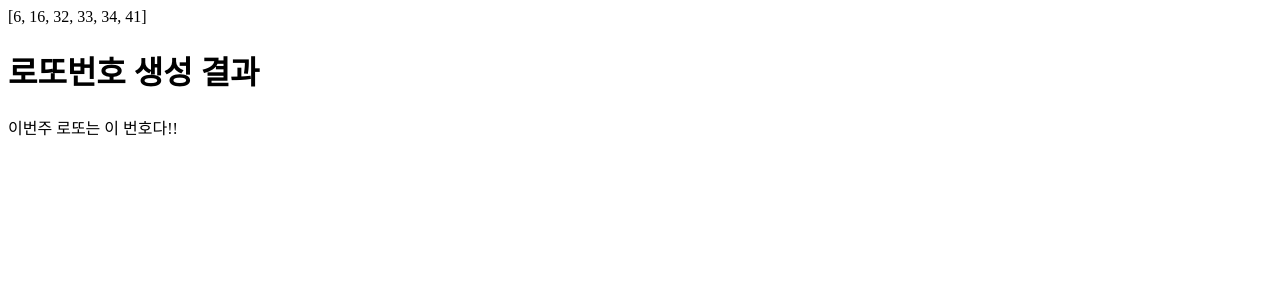
Repository: gowjd4419/jsp
Page: http://localhost/JSPBasic/jsptag/tag_quiz03.jsp
An editor plug-in stored every save of this project. The page is shown before and after the next save, followed by the edit.
The browser window is 1280 px wide. The pictures show the whole page.
The page is served by Tomcat 9.

Above is the page before, as saved 2022-03-24 08:50:02.

### JSPBasic/src/main/webapp/jsptag/tag_quiz03.jsp
<%@ page import="java.util.*"%>
<%@ page language="java" contentType="text/html; charset=UTF-8"
    pageEncoding="UTF-8"%>
<!DOCTYPE html>
<html>
<head>
<meta charset="UTF-8">
<title>Insert title here</title>
</head>
<body>
<%

int lottos[] = new int[6];
int selectNum = 0;
boolean flag = false;


for(int i=0; i<lottos.length; i++) {
	do{
		selectNum = (int)(Math.random()*45)+1;
		for(int j=0; j<i; j++) {
			if(selectNum == lottos[j]) {
				flag = true;
				break;
			}
			flag = false;
		}
	}while(flag);

	lottos [i] = selectNum;
}

Arrays.sort(lottos);
out.println(Arrays.toString(lottos));

%>
 <h1>로또번호 생성 결과</h1>

 이번주 로또는 이 번호다!!

</body>
</html>

After the next save:
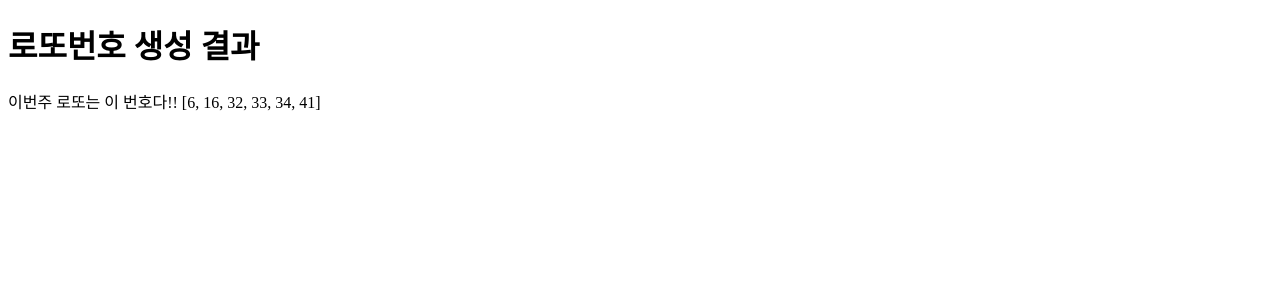
Saved 29 s later.
--- a/JSPBasic/src/main/webapp/jsptag/tag_quiz03.jsp
+++ b/JSPBasic/src/main/webapp/jsptag/tag_quiz03.jsp
@@ -8,7 +8,11 @@
 <title>Insert title here</title>
 </head>
 <body>
-<%
+ <h1>로또번호 생성 결과</h1>
+
+ 이번주 로또는 이 번호다!!
+
+ <%
 
 int lottos[] = new int[6];
 int selectNum = 0;
@@ -34,9 +38,6 @@ Arrays.sort(lottos);
 out.println(Arrays.toString(lottos));
 
 %>
- <h1>로또번호 생성 결과</h1>
-
- 이번주 로또는 이 번호다!!
 
 </body>
 </html>
